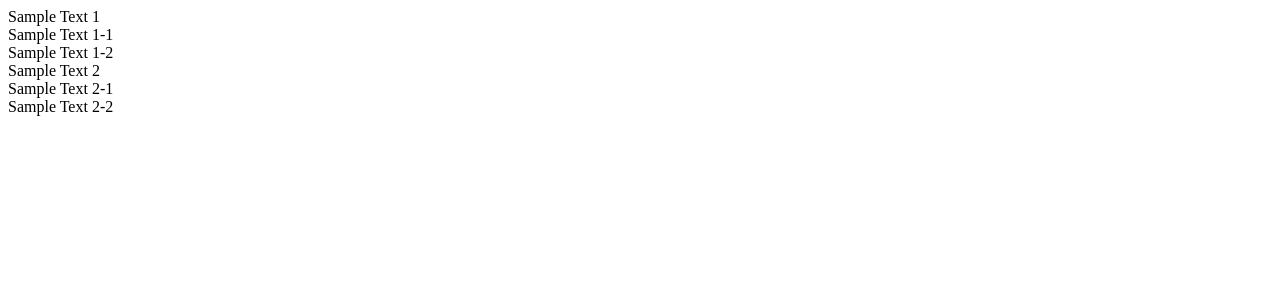
Repository: lixinso/html5
Page: workspace/CSS3/WebContent/selector/selector1.html
These files come from the project's save history. The page is drawn as it stood at one moment and after the next save; the edit follows.
The browser window is 1280 px wide. The pictures show the whole page.

Above is the page before, as saved 2011-05-27 14:07:46.

After the next save:
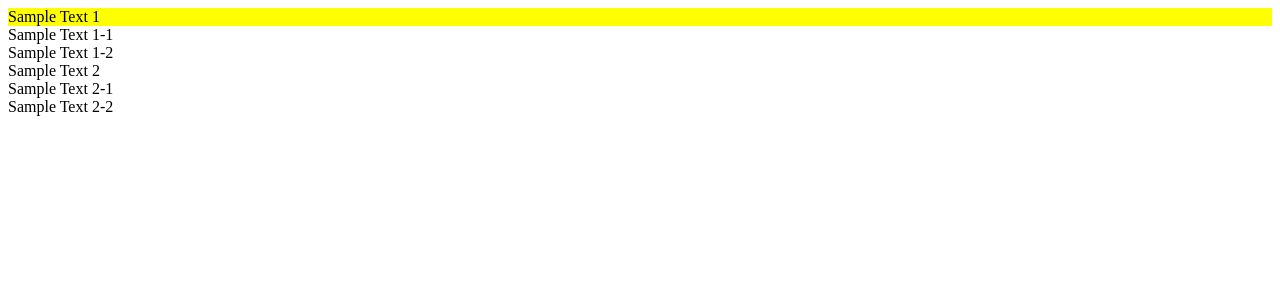
Saved 25 s later.
--- a/workspace/CSS3/WebContent/selector/selector1.html
+++ b/workspace/CSS3/WebContent/selector/selector1.html
@@ -11,7 +11,7 @@
 </style>
 </head>
 <body>
-	<div id="selection1" class="divYellow">Sample Text 1</div>
+	<div id="section1" class="divYellow">Sample Text 1</div>
 	<div id="subselect1-1">Sample Text 1-1</div>
 	<div id="subselect1-2">Sample Text 1-2</div>
 	<div id="selection2">Sample Text 2</div>
